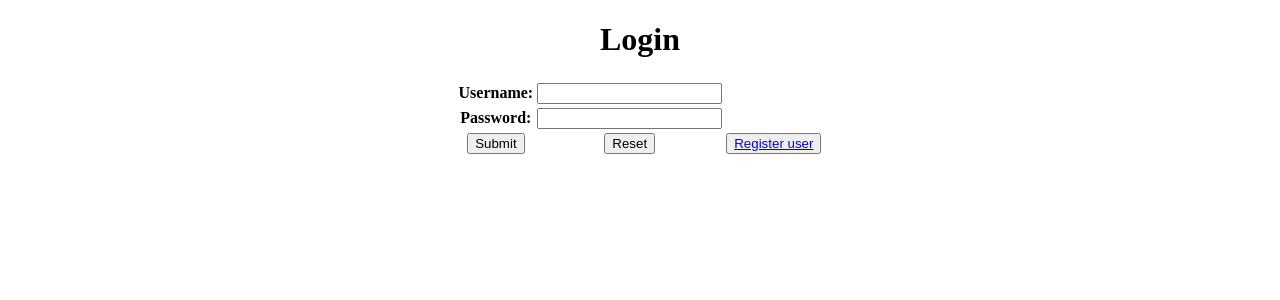
Repository: Sourabhmag/week-5
Page: http://localhost/LoginApp/login.jsp
These files come from the project's save history. The page is drawn as it stood at one moment and after the next save; the edit follows.
The browser window is 1280 px wide. The pictures show the whole page.
The page is served by Tomcat 9. Other server files are loaded and not shown.

Above is the page before, as saved 2019-11-07 13:43:26.

### LoginApp/WebContent/login.jsp
<%@ page language="java" contentType="text/html; charset=UTF-8"
	pageEncoding="UTF-8"%>
<!DOCTYPE html>
<html>
<head>
<style type="text/css">
	h1 {text-align:center;}
</style>
<meta charset="UTF-8">
<title>Welcome to my Website</title>
</head>
<body>
	<h1>Login</h1>
	<form action="login" method="get">
		<table align="center">
			<tr><th >Username:</th> <th ><input type="text" name="username"></th></tr>
			<tr><th >Password:</th> <th ><input type="password" name="password"></th></tr>
			<tr><th ><input type="submit" name="submit"></th>
			<th ><input type=reset name="Clear"></th>
			<th><button><a href="register.jsp"> Register user </a></button></th></tr>
		</table>
	</form>
</body>
</html>

After the next save:
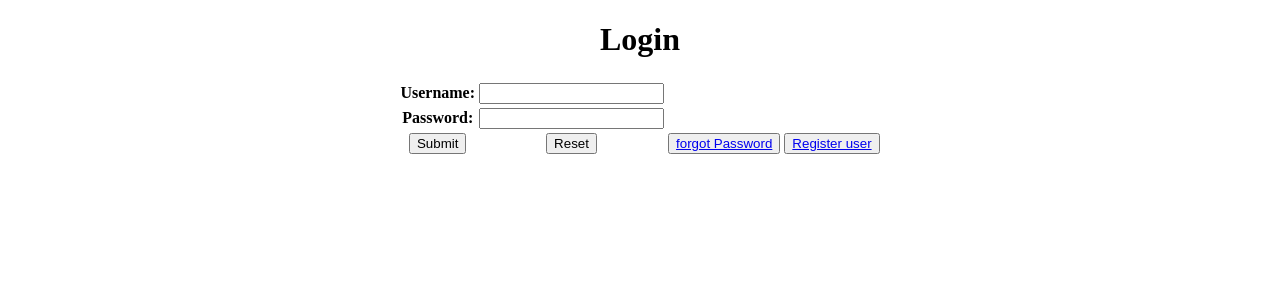
Saved 11 min 35 s later.
--- a/LoginApp/WebContent/login.jsp
+++ b/LoginApp/WebContent/login.jsp
@@ -17,6 +17,7 @@
 			<tr><th >Password:</th> <th ><input type="password" name="password"></th></tr>
 			<tr><th ><input type="submit" name="submit"></th>
 			<th ><input type=reset name="Clear"></th>
+			<th><button><a href="forgot.jsp"> forgot Password </a></button></th>
 			<th><button><a href="register.jsp"> Register user </a></button></th></tr>
 		</table>
 	</form>
